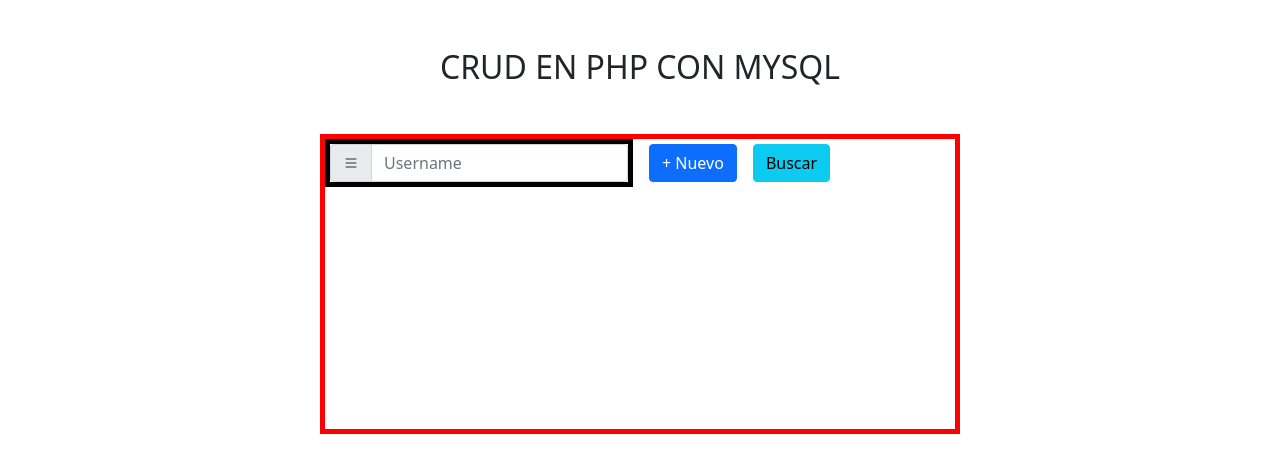
Repository: nder1996/CRUD_SENCILLO
Page: http://localhost/
An editor plug-in stored every save of this project. The page is shown before and after the next save, followed by the edit.
The browser window is 1280 px wide. The pictures show the whole page.
The page is run by PHP 8.4 with error messages shown; the project is at /var/www/html/.

Above is the page before, as saved 2021-10-04 19:51:06.

After the next save:
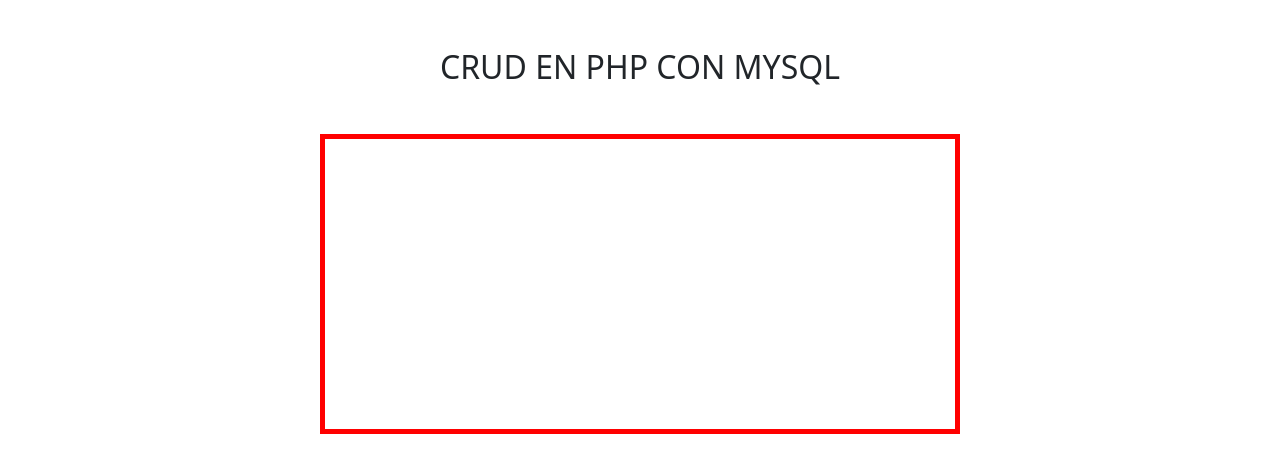
Saved 11 s later.
--- a/CRUD - SILENCIADO/index.php
+++ b/CRUD - SILENCIADO/index.php
@@ -12,21 +12,7 @@
 <body>
     <h2 class="text-center mt-5">CRUD EN PHP CON MYSQL</h2>
     <div class="contenedor mt-5">
-        <form class="row row-cols-lg-auto g-3 align-items-center">
-            <div class="col-12">
-              <label class="visually-hidden" for="inlineFormInputGroupUsername">Username</label>
-              <div class="input-group">
-                <div class="input-group-text"><i class="bi bi-list"></i></div>
-                <input type="text" class="form-control" id="inlineFormInputGroupUsername" placeholder="Username">
-              </div>
-            </div>
-            <div class="col-12">
-              <button type="submit" class="btn btn-primary">+ Nuevo</button>
-            </div>
-            <div class="col-12">
-                <button type="submit" class="btn btn-info">Buscar</button>
-              </div>
-          </form>
+
         <!--
         <div class="input-group">
             <input type="text" class="form-control" placeholder="Recipient's username" aria-label="Recipient's username with two button addons">
